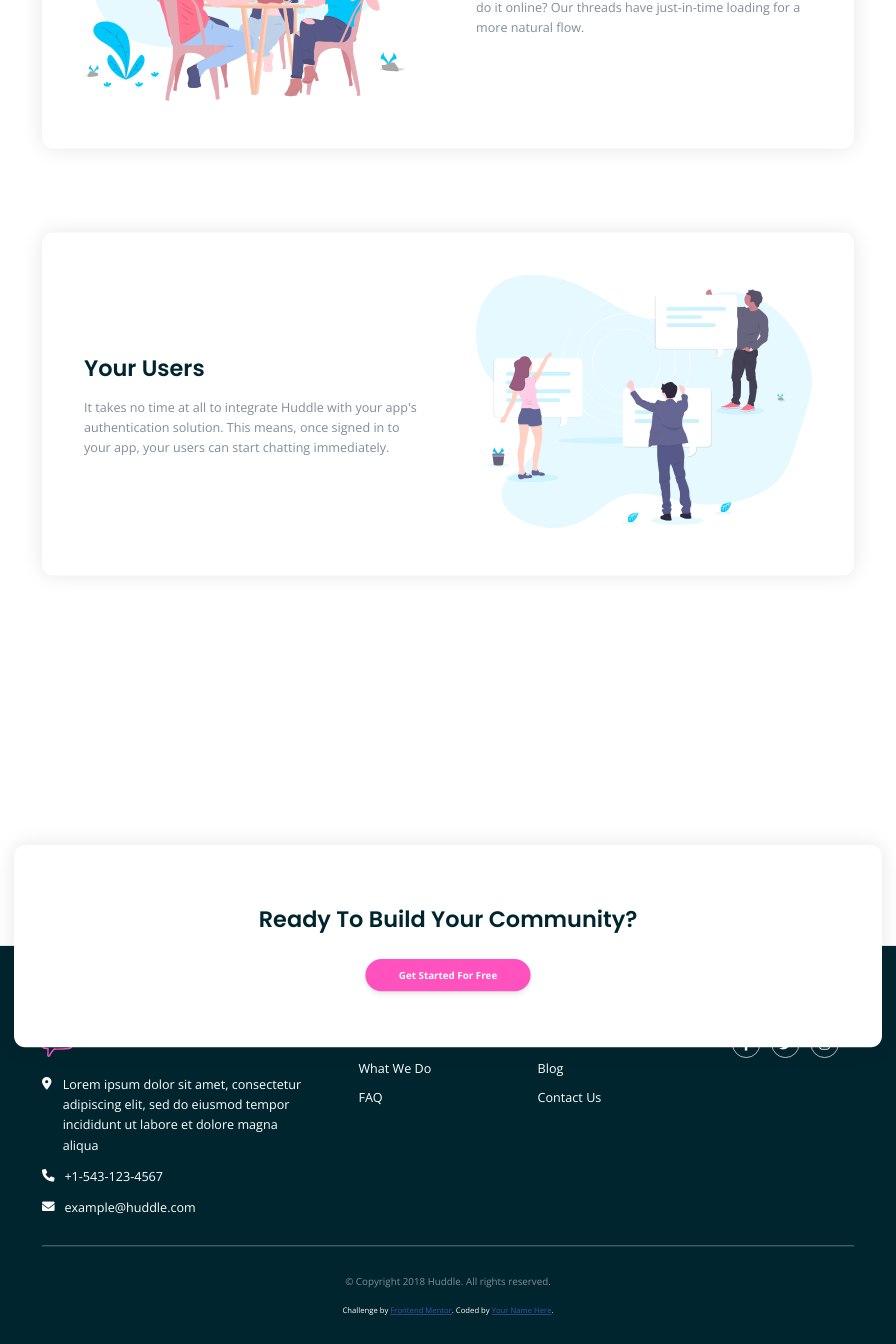
Repository: blordeus/huddle-landing-page
Page: index.html
The author's editor kept a copy of each file at every save. The page is drawn from the files as they stood at one save, then again after the next save.
The browser window is 1280 px wide. The pictures show the part of the page from y = 1706 to 3626 px (the page is 3626 px tall), at 70% of full size.

Above is the page before, as saved 2025-07-01 11:08:24.

After the next save:
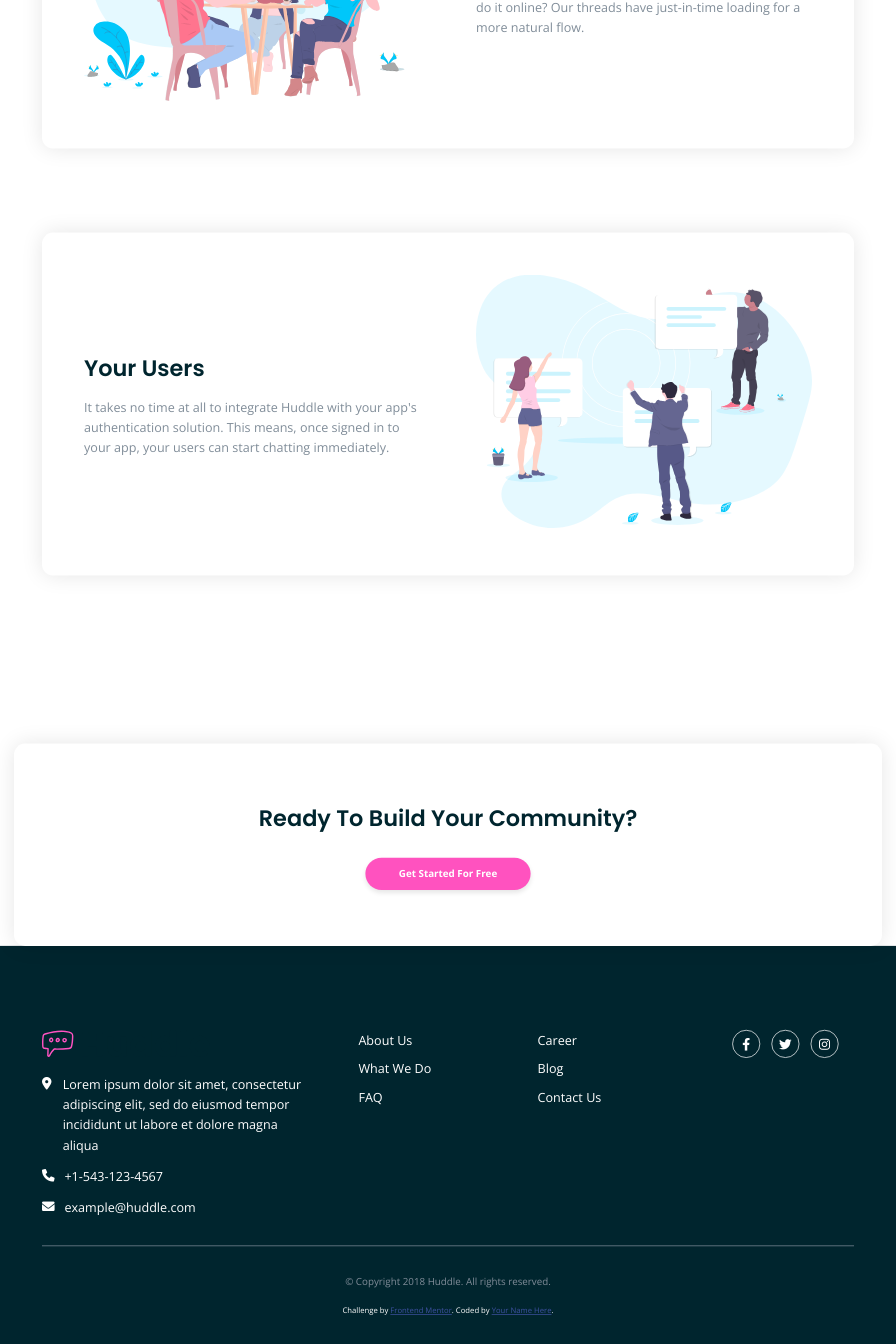
Saved 6 s later.
--- a/styles.css
+++ b/styles.css
@@ -161,7 +161,7 @@
       box-shadow: 0 0 30px rgba(0, 0, 0, 0.1);
       position: relative;
       z-index: 2;
-      transform: translateY(50%);
+
     }
 
     .cta h2 {
